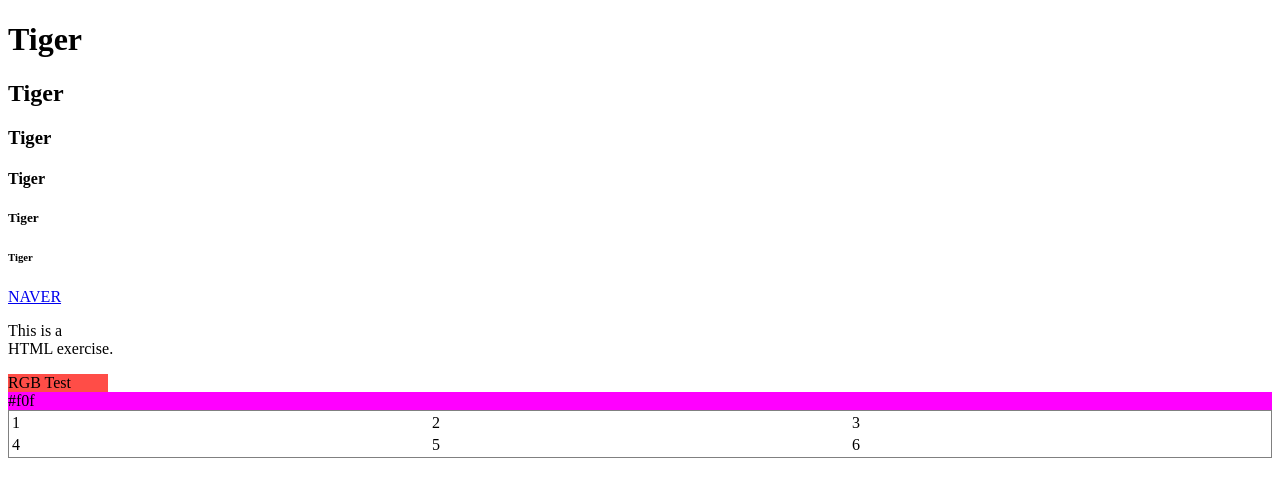
Repository: soobin10236/Class
Page: Web02/src/main/webapp/index.html
An editor plug-in stored every save of this project. The page is shown before and after the next save, followed by the edit.
The browser window is 1280 px wide. The pictures show the whole page.

Above is the page before, as saved 2021-09-06 05:11:53.

After the next save:
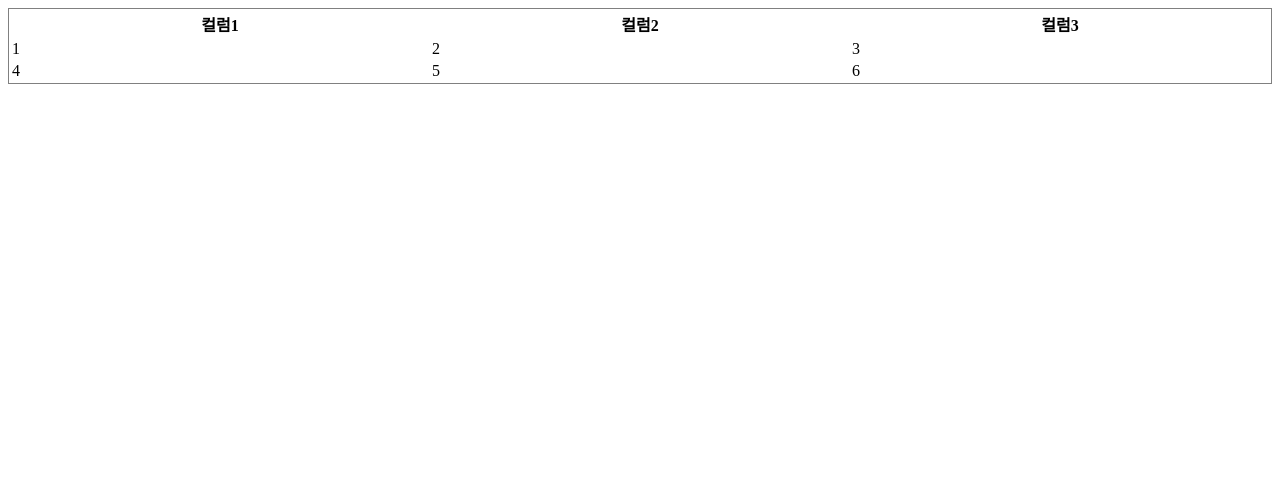
Saved 2 min 33 s later.
--- a/Web02/src/main/webapp/index.html
+++ b/Web02/src/main/webapp/index.html
@@ -5,7 +5,7 @@
 <title>Insert title here</title>
 </head>
 <body>
-	<h1>Tiger</h1>
+	<!-- <h1>Tiger</h1>
 	<h2>Tiger</h2>
 	<h3>Tiger</h3>
 	<h4>Tiger</h4>
@@ -14,12 +14,18 @@
 	<a href="https://www.naver.com">NAVER</a>
 	<p>
 		This is a <br /> HTML exercise.
-	</p>
+	</p> -->
 	<!-- Ctrl + Shift + / -->
-	<div style="background: rgb(255, 77, 71); width: 100px;">RGB Test</div>
-	<div style="background: #ff00ff">#f0f</div>
+	<!-- <div style="background: rgb(255, 77, 71); width: 100px;">RGB Test</div>
+	<div style="background: #ff00ff">#f0f</div> -->
 
+	<!-- Table Example 01 -->
 	<table style="border: 1px solid gray;width: 100%">
+		<tr>
+			<th>컬럼1</th>
+			<th>컬럼2</th>
+			<th>컬럼3</th>
+		</tr>
 		<tr>
 			<td>1</td>
 			<td>2</td>
